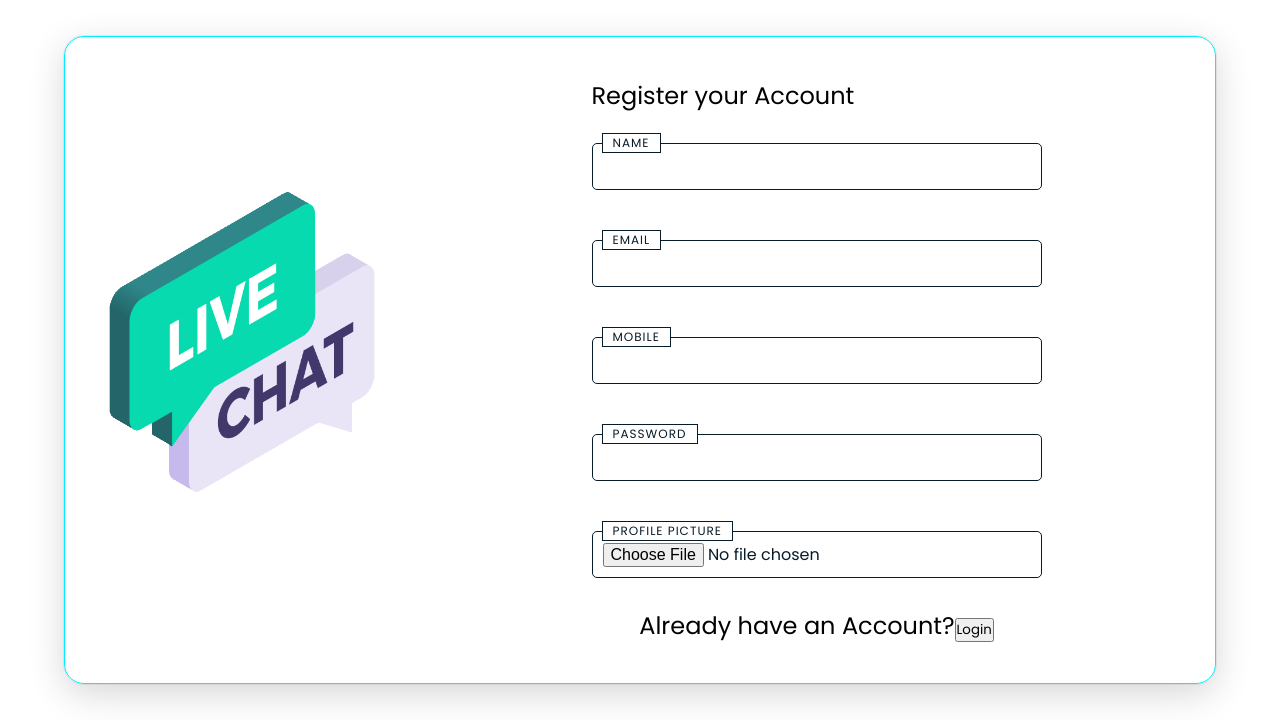
Repository: swastikjhacoder/mern-chat-frontend-only
Page: /
These files come from the project's save history. The page is drawn as it stood at one moment and after the next save; the edit follows.
The browser window is 1280 px wide. The pictures show the whole page.
The project was rebuilt for these pictures with package versions that can differ from the ones it lists, and the page was loaded fresh each time. Also part of the build but not shown: src/components/chat/ConversationList.jsx, src/components/chat/SideBar.jsx, src/components/MainContainer.jsx, src/components/chat/MessageOthers.jsx, src/components/chat/MessageSelf.jsx, src/components/chat/ChatContainer.jsx, src/components/chat/OnlineUsers.jsx, src/components/chat/OnlineUsersGroup.jsx and 4 more.

Above is the page before, as saved 2023-09-22 07:58:12.

### src/index.css
@import url('https://fonts.googleapis.com/css2?family=Poppins:ital,wght@0,100;0,200;0,300;0,400;0,500;0,600;0,700;0,800;0,900;1,400&display=swap');

:root {
  --border-color: #0ef;
  --body-color: #081b29;
  --container-default-color: #fff;
  --self-message-background-color: #63d7b0;
  --other-message-background-color: #e2e4e3;
  --box-shadow: rgba(0, 0, 0, 0.16) 0px 10px 36px 0px, rgba(0, 0, 0, 0.06) 0px 0px 0px 1px;

  --large-font-size: 32px;
  --heading-font-size: 24px;
  --medium-font-size: 18px;
  --normal-font-size: 16px;
  --small-font-size: 12px;
  --tiny-font-size: 10px;

  --bolder-font-weight: 600;
}

::-webkit-scrollbar {
  width: 6px !important;
  height: 6px !important;
}

::-webkit-scrollbar-track {
  background: hsla(0, 0%, 100%, -1);
}

::-webkit-scrollbar-thumb {
  background: rgba(0, 0, 0, 0.2);
}


* {
  margin: 0;
  padding: 0;
  box-sizing: border-box;
  font-family: 'Poppins', sans-serif;
}

body {
  display: flex;
  flex-direction: column;
  justify-content: center;
  align-items: center;
}

.app-container {
  display: flex;
  width: 100vw;
  height: 100vh;
  flex-direction: column;
  justify-content: center;
  align-items: center;
}

.container {
  display: flex;
  flex-direction: row;
  gap: 10px;
  width: 90vw;
  height: 90vh;
  border-radius: 20px;
  border: 1px solid var(--border-color);
  box-shadow: var(--box-shadow);
}

.left-sidebar-container {
  display: flex;
  flex-direction: column;
  flex: 0.3;
  padding: 10px;
}

.sb-header {
  display: flex;
  flex-direction: row;
  border-radius: 20px;
  justify-content: space-between;
  padding: 5px;
  box-shadow: var(--box-shadow);
}

.sb-header >div {
  width: max-content;
}

.icon {
  font-size: var(--large-font-size) !important;
  margin: 10px;
}

.sb-search {
  display: flex;
  flex-direction: row;
  width: 100%;
  padding: 10px;
  margin-top: 10px;
  border-radius: 20px;
  box-shadow: var(--box-shadow);
}

.input-box {
  position: relative;
  width: 450px;
  margin: 10px 0;
}

.input-box input {
  width: 100%;
  padding: 10px;
  background: transparent;
  border-radius: 5px;
  color: var(--body-color);
  outline: none;
  font-size: var(--title-text-size);
}

.input-box span {
  position: absolute;
  left: 0;
  padding: 0 10px;
  pointer-events: none;
  font-size: var(--small-font-size);
  text-transform: uppercase;
  letter-spacing: 1px;
  transform: translateX(10px) translateY(-10px);
}

.sb-conversations {
  background-color: var(--container-color);
  border-radius: 20px;
  padding: 10px 5px;
  margin-top: 10px;
  flex: 1;
  overflow-y: scroll;
  box-shadow: var(--box-shadow);
}

.conversation-container {
  display: grid;
  grid-template-columns: 32px auto auto;
  grid-template-rows: auto auto;
  column-gap: 10px;
  padding: 5px;
  gap: 5px;
  margin: 5px;
  border-radius: 20px;
  transition-duration: .5s;
}

.con-icon {
  grid-area: 1/1/3/2;
  display: flex;
  justify-content: center;
  align-items: center;
  font-size: var(--large-font-size);
  font-weight: var(--bolder-font-weight);
  height: 32px;
  width: 32px;
  padding: 2px;
  border-radius: 50%;
  justify-self: center;
  align-self: center;
}

.con-title {
  grid-area: 1/2/2/4;
  font-weight: var(--bolder-font-weight);
  font-size: var(--medium-font-size);
}

.con-lastMessage {
  font-size: var(--normal-font-size);
}

.con-timeStamp {
  justify-self: flex-end;
  font-size: var(--small-font-size);
}

.right-sidebar-container {
  flex: .7;
  display: flex;
  flex-direction: column;
  gap: 10px;
  padding: 10px 10px 10px 0;
}

.chat-header {
  display: flex;
  justify-content: space-between;
  column-gap: 10px;
  padding: 10px;
  border-radius: 20px;
  box-shadow: var(--box-shadow);
}

.chat-header-info {
  display: flex;
  flex-direction: row;
  justify-content: center;
  align-items: center;
  gap: 10px;
}

.chat-message {
  flex: 1;
  background-color: var(--container-color);
  border-radius: 20px;
  padding: 20px 40px;
  overflow-y: scroll;
  box-shadow: var(--box-shadow);
}

.chat-input {
  display: flex;
  flex-direction: row;
  justify-content: space-between;
  align-items: center;
  border-radius: 20px;
  padding: 10px;
  box-shadow: var(--box-shadow)
}

.self-message-container {
  display: flex;
  justify-content: flex-end;
}

.self-message {
  display: flex;
  flex-direction: column;
  background-color: var(--self-message-background-color);
  width: max-content;
  padding: 10px 10px;
  margin: 5px;
  border-radius: 20px;
}
.self-title {
  font-weight: var(--bolder-font-weight);
  font-size: var(--medium-font-size);
}

.self-message {
  font-size: var(--normal-font-size);
}

.self-timestamp {
  margin-left: auto;
  font-size: var(--small-font-size);
}

.other-message-container {
  display: flex;
  justify-content: flex-start;
  flex-direction: row;
  gap: 5px;
  width: max-content;
  padding: 10px 10px;
  margin: 5px;
  border-radius: 20px;
}

.other-icon {
  display: flex;
  justify-content: center;
  align-items: center;
  font-size: var(--large-font-size);
  font-weight: var(--bolder-font-weight);
  height: 32px;
  width: 32px;
  padding: 2px;
  border-radius: 50%;
  justify-self: center;
  align-self: center;
}

.other-text-content {
  display: flex;
  flex-direction: column;
  background-color: var(--other-message-background-color);
  padding: 10px 10px;
  border-radius: 20px;
}

.other-title {
  font-weight: var(--bolder-font-weight);
  font-size: var(--medium-font-size);
}

.other-message {
  font-size: var(--normal-font-size);
}

.other-timestamp {
  margin-left: auto;
  font-size: var(--small-font-size);
}

.online-users-header {
  border-radius: 20px;
  display: flex;
  gap: 10px;
  padding: 5px;
  font-size: var(--medium-font-size);
  box-shadow: var(--box-shadow);
  align-items: center;
}

.online-users-search {
  display: flex;
  flex-direction: row;
  width: 100%;
  padding: 10px;
  border-radius: 20px;
  box-shadow: var(--box-shadow);
}

.online-users-list {
  border-radius: 20px;
  flex: 1;
  padding: 10px;
  overflow-y: scroll;
}

.online-user {
  display: flex;
  flex: 1;
  gap: 5px;
  border-radius: 20px;
  padding: 20px 40px;
  overflow-y: scroll;
  margin-bottom: 10px;
  align-items: center;
  cursor: pointer;
  transition-duration: .5s;
}

.ou-icon {
  display: flex;
  justify-content: center;
  align-items: center;
  font-size: var(--large-font-size);
  font-weight: var(--bolder-font-weight);
  height: 32px;
  width: 32px;
  padding: 2px;
  border-radius: 50%;
  justify-self: center;
  align-self: center;
}

.ou-title {
  font-size: var(--normal-font-size);
}

.groups-header {
  border-radius: 20px;
  display: flex;
  gap: 10px;
  padding: 5px;
  font-size: var(--medium-font-size);
  box-shadow: var(--box-shadow);
  align-items: center;
}

.group-search {
  display: flex;
  flex-direction: row;
  width: 100%;
  padding: 10px;
  border-radius: 20px;
  box-shadow: var(--box-shadow);
}

.group-list {
  border-radius: 20px;
  flex: 1;
  padding: 10px;
  overflow-y: scroll;
}

.group {
  display: flex;
  flex: 1;
  gap: 5px;
  border-radius: 20px;
  padding: 20px 40px;
  overflow-y: scroll;
  margin-bottom: 10px;
  cursor: pointer;
  transition-duration: .5s;
}

.g-title {
  font-size: var(--normal-font-size);
}

.create-group-header {
  border-radius: 20px;
  display: flex;
  gap: 10px;
  padding: 5px;
  font-size: var(--medium-font-size);
  box-shadow: var(--box-shadow);
  align-items: center;
}

.create-group-input {
  border-radius: 20px;
  padding: 10px 5px;
  display: flex;
  align-items: center;
  box-shadow: var(--box-shadow);
}

.welcome-container {
  display: flex;
  flex-direction: column;
  align-items: center;
  margin: auto auto;
  width: 100%;
  height: 100%;
  padding: 30px 30px;
  border-radius: 20px;
  box-shadow: var(--box-shadow);
}

.banner {
  margin: auto auto;
}

.banner img {
  height: 300px;
  width: 300px;
  margin-bottom: 30px;
}

.banner p {
  font-size: var(--medium-font-size);
  padding: 10px;
}

.login-container {
  display: flex;
  flex-direction: column;
  justify-content: center;
  align-items: center;
  gap: 20px;
  margin: auto auto;
  padding: 20px;
}

.login-container p {
  font-size: var(--heading-font-size);
}

.login {
  display: flex;
  flex-direction: column;
  gap: 10px;
}

.signUp-container {
  display: flex;
  flex-direction: column;
  justify-content: center;
  align-items: center;
  gap: 10px;
  margin: auto auto;
  padding: 20px;
}

.signUp-container p {
  font-size: var(--heading-font-size);
}

.signUp {
  display: flex;
  flex-direction: column;
  gap: 10px;
}

.welcome-container {
  display: flex;
  flex-direction: column;
  justify-content: center;
  align-items: center;
  gap: 30px;
}

.welcome-container img {
  height: 300px;
}

.welcome-container p {
  font-size: var(--medium-font-size);
}

### src/App.js
// import { Button } from "@mui/material";
// import React from "react";
// import { useSelector, useDispatch } from "react-redux";
// import { toggleDarkMode, addUser, removeUser } from './redux/liveChatSlice';

// function App() {
//   const dispatch = useDispatch();
//   const mode = useSelector((state) => state.liveChat.mode);
//   const userInfo = useSelector((state) => state.liveChat.userInfo);
//   const background = useSelector( ( state ) => state.liveChat.background );
//   console.log(mode);
//   console.log(userInfo);
//   console.log(background);
//   return (
//     <>
//       <Button onClick={() => dispatch(toggleDarkMode())}>Click Me</Button>
//     </>
//   );
// }

// export default App;

import React from "react";
import { useSelector } from "react-redux";
import "./index.css";
import { BrowserRouter, Routes, Route } from "react-router-dom";
import MainContainer from "./components/MainContainer";
import ChatContainer from "./components/chat/ChatContainer";
import OnlineUsersGroup from "./components/chat/OnlineUsersGroup";
import GroupList from "./components/chat/GroupList";
import CreateGroup from "./components/chat/CreateGroup";
import ChatWelcome from "./components/chat/ChatWelcome";
import LoginSignUp from "./components/Login_SignUp";
import Login from "./components/Login";
import SignUp from "./components/SignUp";

const App = () => {
  const background = useSelector((state) => state.liveChat.background);
  return (
    <>
      <div style={{ backgroundColor: background }} className="app-container">
        <BrowserRouter>
          <Routes>
            <Route path="/" element={<LoginSignUp />}>
              <Route path="/login" element={<Login />} />
              <Route path="register" element={<SignUp />} />
            </Route>
            <Route path="app" element={<MainContainer />}>
              <Route path="welcome" element={<ChatWelcome />} />
              <Route path="chat" element={<ChatContainer />} />
              <Route path="users" element={<OnlineUsersGroup />} />
              <Route path="create-groups" element={<CreateGroup />} />
              <Route path="groups" element={<GroupList />} />
            </Route>
          </Routes>
        </BrowserRouter>
      </div>
    </>
  );
};

export default App;

### src/redux/store.js
import { configureStore } from '@reduxjs/toolkit';
import liveChatReducer from './liveChatSlice';

export const store = configureStore({
  reducer: {
    liveChat: liveChatReducer,
  },
});

### src/components/Login_SignUp.jsx
import React, { useState } from 'react'
import Login from './Login';
import SignUp from './SignUp';
import logo from '../Icons/icon_x512.png'

const Login_SignUp = () =>
{
  const [ newUser, setNewUser ] = useState( false );

  const toggleForm = () =>
  {
    setNewUser( !newUser );
  };
  return (
    <div className="container">
      <div className="left-sidebar-container">
        <div className="banner">
          <img src={logo} alt="logo" />
        </div>
      </div>
      <div className="right-sidebar-container">
        {newUser ? (
          <SignUp toggleForm={toggleForm} />
        ) : (
          <Login toggleForm={toggleForm} />
        )}
      </div>
    </div>
  );
}

export default Login_SignUp

### src/components/Login.jsx
import React from "react";
import { useSelector } from "react-redux";
import { Button } from "@mui/material";

const Login = ({ toggleForm }) => {
  const { color, background } = useSelector((state) => state.liveChat);
  return (
    <div className="login-container">
      <div className="login">
        <p style={{ color: color }}>Login to your Account</p>
        <div className="input-box">
          <input
            type="name"
            name="name"
            required="required"
            style={{ border: `1px solid ${color}`, color: color }}
          />
          <span
            style={{
              color: color,
              border: `1px solid ${color}`,
              background: background,
            }}
          >
            Email/ Mobile
          </span>
        </div>
        <div className="input-box">
          <div className="input-box">
            <input
              type="password"
              name="password"
              required="required"
              style={{ border: `1px solid ${color}`, color: color }}
            />
            <span
              style={{
                color: color,
                border: `1px solid ${color}`,
                background: background,
              }}
            >
              Password
            </span>
          </div>
        </div>
        <Button variant="contained" size="large" style={{ width: "100px" }}>
          Login
        </Button>
      </div>
      <div className="create-account">
        <p style={{ color: color }}>
          Don't have an Account?
          <Button
            variant="outlined"
            style={{ marginLeft: "10px" }}
            onClick={toggleForm()}
          >
            Register
          </Button>
        </p>
      </div>
    </div>
  );
};

export default Login;

### src/components/SignUp.jsx
import React from "react";
import { useSelector } from "react-redux";
import { Button } from "@mui/material";

const SignUp = ({ toggleForm }) => {
  const { color, background } = useSelector((state) => state.liveChat);
  return (
    <div className="signUp-container">
      <div className="signUp">
        <p>Register your Account</p>
        <div className="input-box">
          <div className="input-box">
            <input
              type="text"
              name="name"
              required="required"
              style={{ border: `1px solid ${color}`, color: color }}
            />
            <span
              style={{
                color: color,
                border: `1px solid ${color}`,
                background: background,
              }}
            >
              Name
            </span>
          </div>
        </div>
        <div className="input-box">
          <div className="input-box">
            <input
              type="email"
              name="email"
              required="required"
              style={{ border: `1px solid ${color}`, color: color }}
            />
            <span
              style={{
                color: color,
                border: `1px solid ${color}`,
                background: background,
              }}
            >
              Email
            </span>
          </div>
        </div>
        <div className="input-box">
          <div className="input-box">
            <input
              type="text"
              name="mobile"
              required="required"
              style={{ border: `1px solid ${color}`, color: color }}
            />
            <span
              style={{
                color: color,
                border: `1px solid ${color}`,
                background: background,
              }}
            >
              Mobile
            </span>
          </div>
        </div>
        <div className="input-box">
          <div className="input-box">
            <input
              type="password"
              name="password"
              required="required"
              style={{ border: `1px solid ${color}`, color: color }}
            />
            <span
              style={{
                color: color,
                border: `1px solid ${color}`,
                background: background,
              }}
            >
              Password
            </span>
          </div>
        </div>
        <div className="input-box">
          <div className="input-box">
            <input
              type="file"
              name="profile"
              required="required"
              style={{ border: `1px solid ${color}`, color: color }}
            />
            <span
              style={{
                color: color,
                border: `1px solid ${color}`,
                background: background,
              }}
            >
              Profile Picture
            </span>
          </div>
        </div>
      </div>
      <p className="create-account">
        Already have an Account?
        <button onClick={() => toggleForm()}>Login</button>
      </p>
    </div>
  );
};

export default SignUp;

### src/redux/liveChatSlice.js
import { createSlice } from "@reduxjs/toolkit";

const initialState = {
  mode: JSON.parse(localStorage.getItem("darkMode")) || false,
  userInfo: JSON.parse(localStorage.getItem("chatUserInfo")) || null,
  background: JSON.parse(localStorage.getItem("backgroundColor")) || "#fff",
  color: JSON.parse(localStorage.getItem("color")) || "#081b29",
};

export const liveChatSlice = createSlice({
  name: "liveChat",
  initialState,
  reducers: {
    toggleDarkMode: (state) => {
      state.mode = !state.mode;
      if (!state.mode) {
        state.background = "#fff";
        state.color = "#081b29";
      } else {
        state.background = "#081b29";
        state.color = "#fff";
      }
      localStorage.setItem("darkMode", JSON.stringify(state.mode));
      localStorage.setItem("backgroundColor", JSON.stringify(state.background));
      localStorage.setItem("color", JSON.stringify(state.color));
    },
    addUser: (state, action) => {
      state.userInfo = action.payload;
      localStorage.setItem("chatUserInfo", JSON.stringify(state.userInfo));
    },
    removeUser: (state) => {
      state.userInfo = null;
      localStorage.setItem("chatUserInfo", JSON.stringify(state.userInfo));
    },
  },
});

export const { toggleDarkMode, addUser, removeUser } =
  liveChatSlice.actions;
export default liveChatSlice.reducer;

Loaded but not shown: src/index.js (common file)

After the next save:
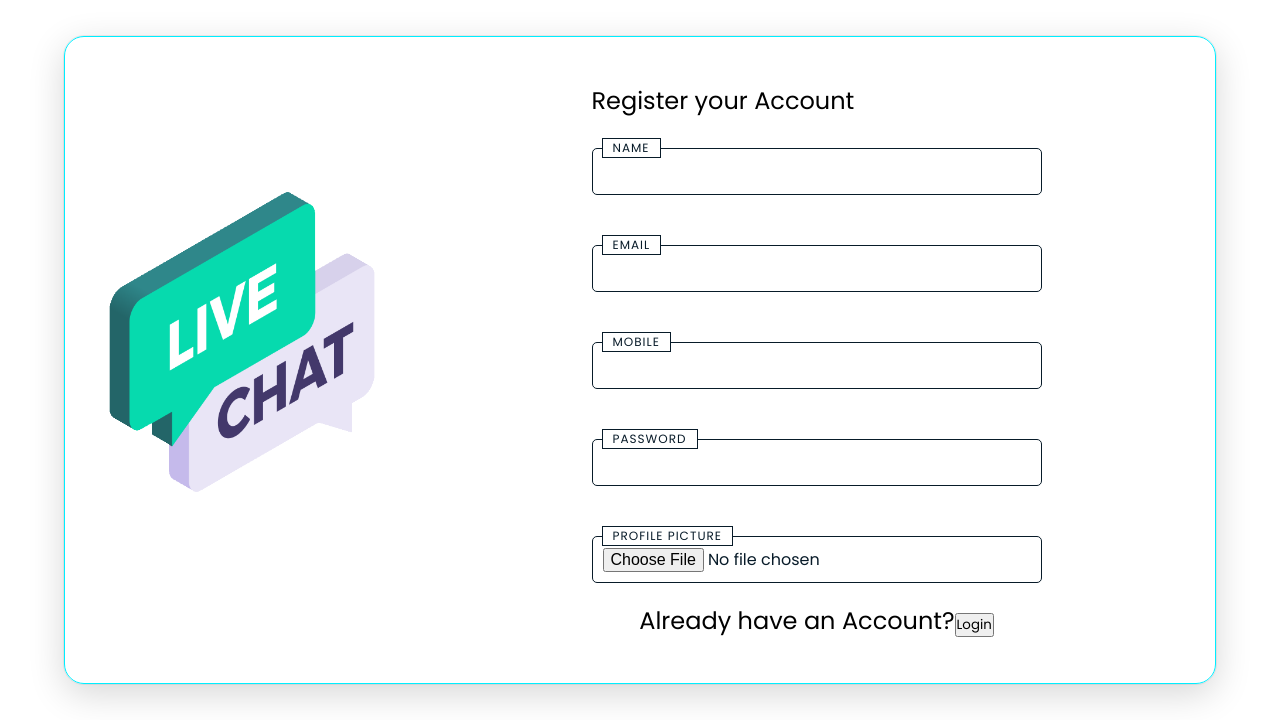
Saved 16 s later.
--- a/src/index.css
+++ b/src/index.css
@@ -468,7 +468,7 @@
   flex-direction: column;
   justify-content: center;
   align-items: center;
-  gap: 10px;
+  /* gap: 10px; */
   margin: auto auto;
   padding: 20px;
 }

After the save that followed:
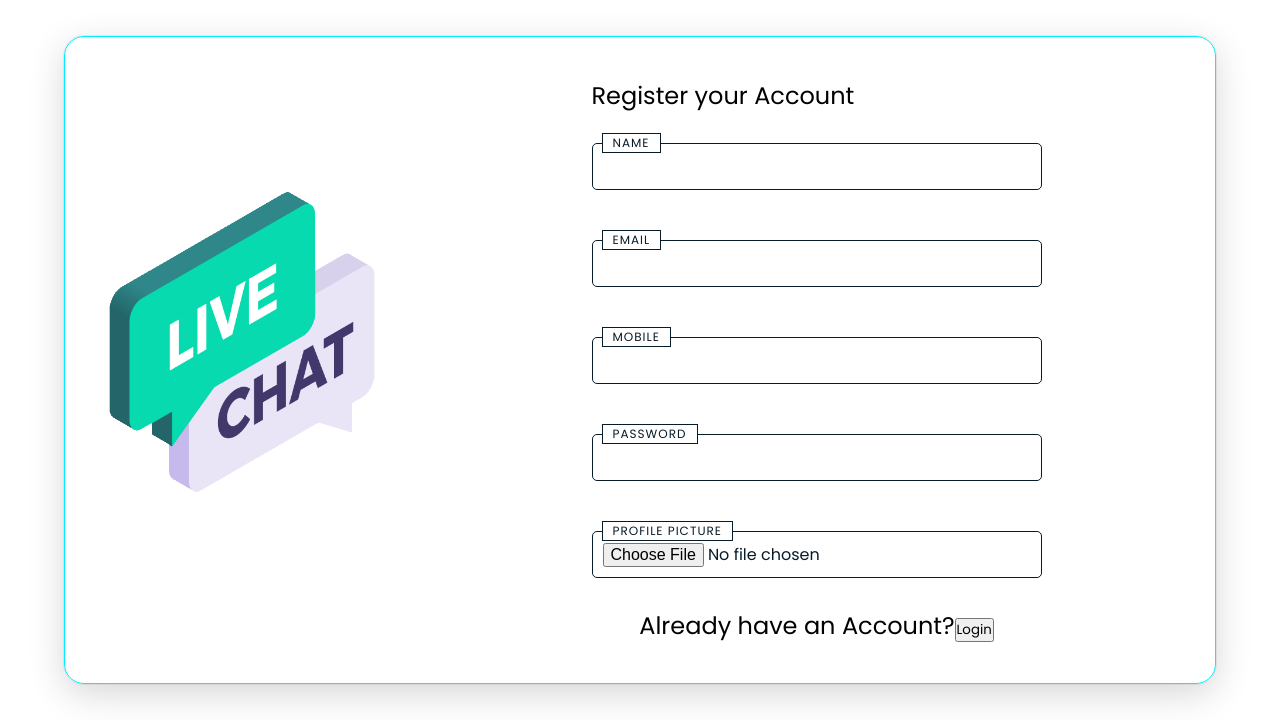
Saved 27 s later.
--- a/src/index.css
+++ b/src/index.css
@@ -468,7 +468,7 @@
   flex-direction: column;
   justify-content: center;
   align-items: center;
-  /* gap: 10px; */
+  gap: 10px;
   margin: auto auto;
   padding: 20px;
 }
